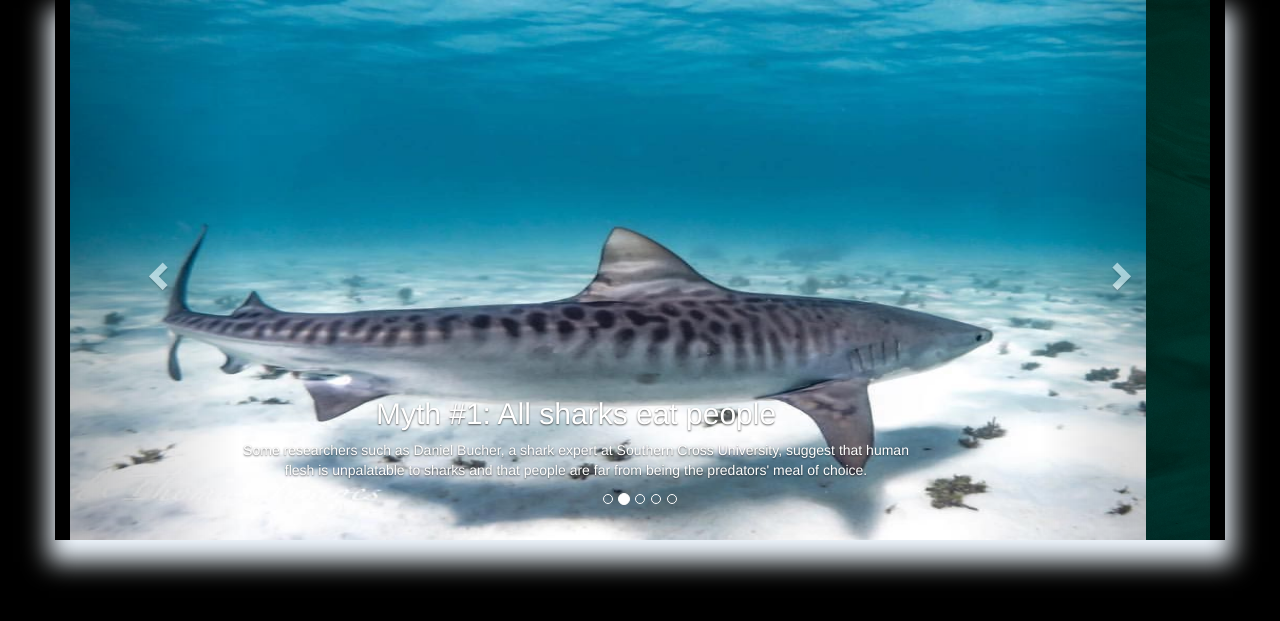
Repository: lacey-crenshaw/carousel
Page: index.html
The author's editor kept a copy of each file at every save. The page is drawn from the files as they stood at one save, then again after the next save.
The browser window is 1280 px wide. The pictures show the whole page.

Above is the page before, as saved 2020-02-16 17:56:46.

### index.html
<!DOCTYPE html>
<html lang="en">

<head>
    <link rel="stylesheet" href="https://maxcdn.bootstrapcdn.com/bootstrap/3.4.1/css/bootstrap.min.css">
    <link rel="stylesheet" href="images/styles/styles.css">
    <meta charset="utf-8">
    <title>Bootstrap Carousel</title>



</head>

<body>

    <div class="container">
        <div class="row">
            <div class="col-sm-12">

                <div id="my-slider" class="carousel slide" data-ride="carousel">

                    <!-- indicators nav -->
                    <ol class="carousel-indicators">
                        <li data-target="#my-slider" data-slide-to="0" class="active"></li>
                        <li data-target="#my-slider" data-slide-to="1"></li>
                        <li data-target="#my-slider" data-slide-to="2"></li>
                        <li data-target="#my-slider" data-slide-to="3"></li>
                        <li data-target="#my-slider" data-slide-to="4"></li>
                    </ol>

                    <!-- wrapper for slides -->
                    <div class="carousel-inner" role="listbox">
                        <div class="item active">
                            <img src="images/tigerShark.jpg" alt="Black Shark">
                            <div class="carousel-caption">
                                <h2>Myth #1: All sharks eat people</h2>
                                <p>Some researchers such as Daniel Bucher, a shark expert at Southern Cross University,
                                    suggest that human flesh is unpalatable to sharks and that people are far from being
                                    the predators' meal of choice.</p>
                            </div>
                        </div>

                        <div class="item">
                            <img src="images/grayShark.jpg" alt="Gray Shark">
                            <div class="carousel-caption">
                                <h2>Myth #2: Sharks aren't clever and have tiny, walnut-size brains</h2>
                                <p>False. Sharks are actually one of the most intelligent creatures in the ocean,
                                    thanks to more than 400 million years of evolution. The animals' brain-to-body ratio
                                    is similar to that of most birds and mammals, according to a paper by Leo Demski and
                                    R. Glenn Northcutt who studied shark brain size in 1996.</p>
                            </div>
                        </div>

                        <div class="item">
                            <img src="images/whaleShark.jpg" alt="Whale Shark">
                            <div class="carousel-caption">
                                <h2>Myth #3: All sharks are big and scary, and have lots of sharp teeth</h2>
                                <p>There are more than 450 species of sharks, and they come in all shapes and sizes. The
                                    basking shark is the second largest fish in the sea, but it eats only plankton with
                                    its tremendously large mouth, which can measure more than 3 feet (0.9 m) wide.</p>
                            </div>
                        </div>

                        <div class="item">
                            <img src="images/greatWhite.jpg" alt="Great White Shark">
                            <div class="carousel-caption">
                                <h2>Myth #4: If you're attacked by a shark, you should punch it in the nose</h2>
                                <p>That's probably not a good idea. The best way to escape is to go for the shark's eye.
                                    Sharks have an eyelid-like barrier to protect them from prey thrashing around in
                                    their jaws, but it's not designed to shield from fingers.</p>
                            </div>
                        </div>

                        <div class="item">
                            <img src="images/blackShark.jpg" alt="Black Shark">
                            <div class="carousel-caption">
                                <h2>Myth #5: Nothing eats sharks</h2>
                                <p>While the largest sharks, such as tiger sharks and whale sharks, have very little to
                                    worry about from predators, the smaller sharks are not so lucky. Some shark species
                                    are incredibly small, and so they can make handy snacks for larger species. A few
                                    marine mammals, including orca whales, prey on sharks, too.</p>
                            </div>
                        </div>

                    </div>

                    <!-- controls for next and previous buttons -->
                    <a class="left carousel-control" href="#my-slider" role="button" data-slide="prev">
                        <span class="glyphicon glyphicon-chevron-left" aria-hidden="true"></span>
                        <span class="sr-only">Previous</span>
                    </a>
                    <a class="right carousel-control" href="#my-slider" role="button" data-slide="next">
                        <span class="glyphicon glyphicon-chevron-right" aria-hidden="true"></span>
                        <span class="sr-only">Next</span>
                    </a>


                </div>

            </div>
        </div>
    </div>


    <script src="https://ajax.googleapis.com/ajax/libs/jquery/3.4.1/jquery.min.js"></script>
    <script src="https://maxcdn.bootstrapcdn.com/bootstrap/3.4.1/js/bootstrap.min.js"></script>
</body>

</html>

### images/styles/styles.css
body {
    background-color: black;
}

.container {
    box-shadow: 1px 15px 24px 7px aliceblue;
}

.carousel-inner>.item>img,
.carousel-inner>.item>a>img {
    width: 100% !important;
    height: 75vh;
}

After the next save:
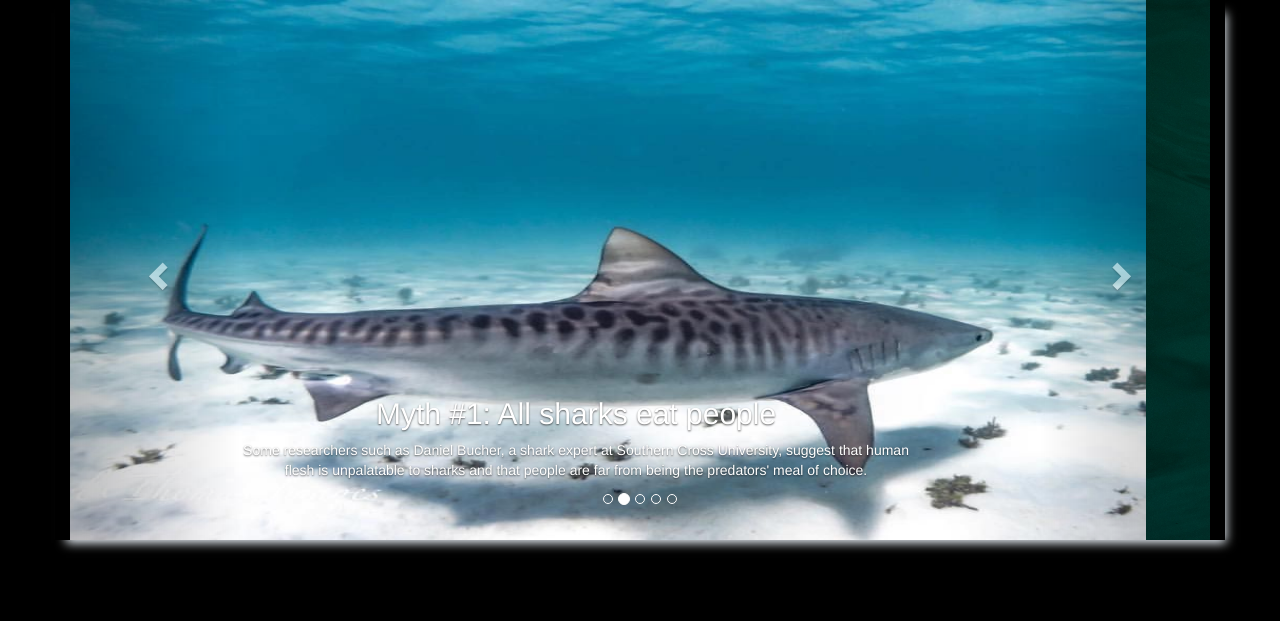
Saved 53 s later.
--- a/images/styles/styles.css
+++ b/images/styles/styles.css
@@ -3,7 +3,7 @@ body {
 }
 
 .container {
-    box-shadow: 1px 15px 24px 7px aliceblue;
+    box-shadow: 6px 8px 10px -5px aliceblue;
 }
 
 .carousel-inner>.item>img,
